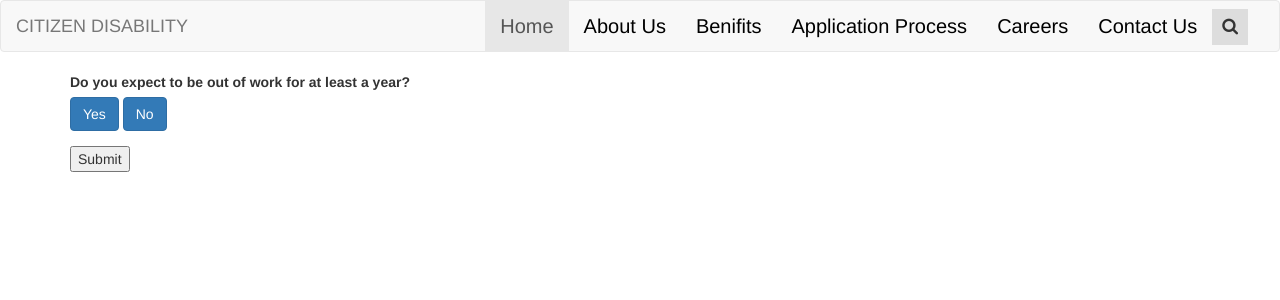
Repository: welcome0605/Embed-html-integrate-with-API
Page: Home.html
An editor plug-in stored every save of this project. The page is shown before and after the next save, followed by the edit.
The browser window is 1280 px wide. The pictures show the whole page.

Above is the page before, as saved 2019-04-27 14:38:44.

After the next save:
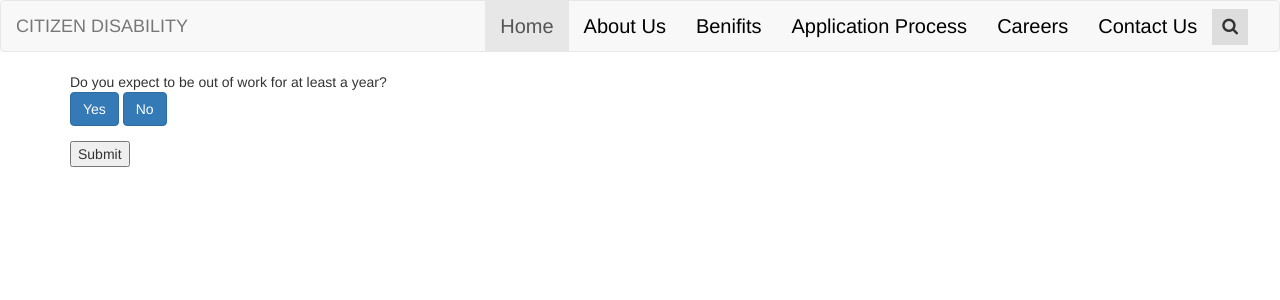
Saved 65 s later.
--- a/Home.html
+++ b/Home.html
@@ -36,7 +36,7 @@
   <!-- <form method="POST"> -->
     <div class="div_entire">
       <div class="form-group question radio_buttons" id="question_1_container">
-        <label>Do you expect to be out of work for at least a year?</label>
+        <div>Do you expect to be out of work for at least a year?</div>
         <div class="btn-group-toggle" data-toggle="buttons">
           <label class="btn btn-primary"><input type="radio"  value="Yes" required="" data-msg="This field is required." class="form_input valid" aria-required="true">Yes</label>
           <label class="btn btn-primary"><input type="radio"  value="No" required="" data-msg="This field is required." class="form_input valid" aria-required="true">No</label>
